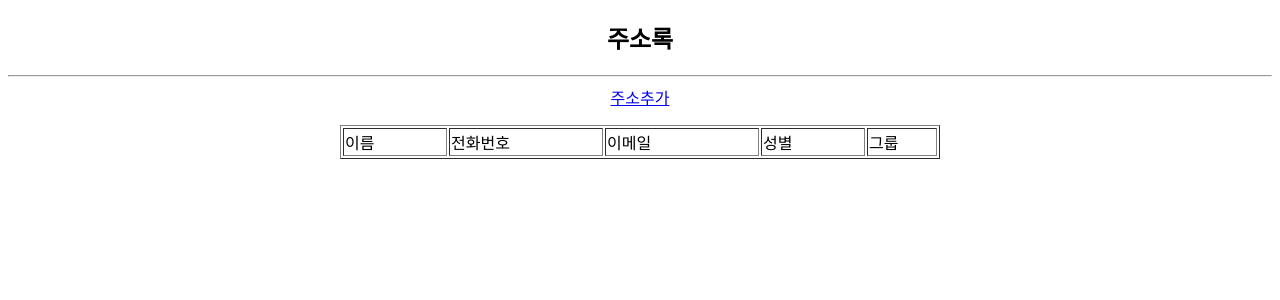
Repository: LeeHyeSu/JSP
Page: http://localhost/PracticeA-02/jsp/addr_list.jsp
These files come from the project's save history. The page is drawn as it stood at one moment and after the next save; the edit follows.
The browser window is 1280 px wide. The pictures show the whole page.
The page is served by Tomcat 9. Other server files are loaded and not shown.

Above is the page before, as saved 2017-11-26 07:46:47.

### PracticeA-02/WebContent/jsp/addr_list.jsp
<%@ page language="java" contentType="text/html; charset=UTF-8"
    pageEncoding="UTF-8" import="jspbook.ch07.*" %>
<jsp:useBean id="am" class="jspbook.ch07.AddrManager" scope="application" />

<!DOCTYPE html PUBLIC "-//W3C//DTD HTML 4.01 Transitional//EN" "http://www.w3.org/TR/html4/loose.dtd">
<html>
<head>
<meta http-equiv="Content-Type" content="text/html; charset=UTF-8">
<title>ch07 : 주소록 전체 목록보기</title>
</head>
<body>
<div align="center">
<h2>주소록</h2>
<hr>
<a href="addr_form.jsp">주소추가</a><p>
<table border="1" width="600">
<tr>
<td width="100">이름</td>
<td width="150">전화번호</td>
<td width="150">이메일</td>
<td width="100">성별</td>
<td>그룹</td>
</tr>
<%
	for(AddrBean ab : am.getAddrList()) {
%>
	<tr align="center">
	<td><%=ab.getUsername() %></td>
	<td><%=ab.getTel() %></td>
	<td><%=ab.getEmail() %></td>
	<td><%=ab.getSex() %></td>
	<td><%=ab.getGroup() %></td>
	</tr>
<%
	}
%>
</table>
</div>
</body>
</html>

### PracticeA-02/src/jspbook/ch07/AddrManager.java
package jspbook.ch07;

import java.util.ArrayList;
import java.util.List;

public class AddrManager {
	List<AddrBean> addrList = new ArrayList<AddrBean>();

	public void add(AddrBean ab) {
		addrList.add(ab);
	}

	public List<AddrBean> getAddrList() {
		return addrList;
	}

	public AddrBean getAddr(String username) {
		for(AddrBean ab : addrList) {
			if(ab.getUsername().equals(username))
				return ab;
		}
		return null;
	}
}

After the next save:
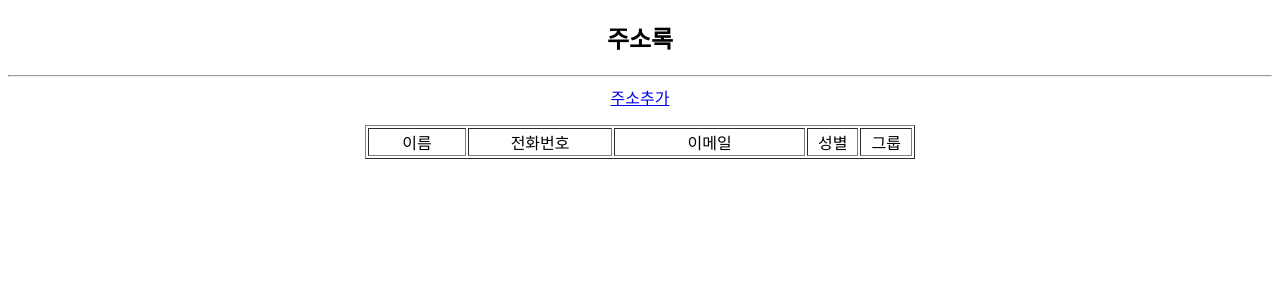
Saved 10 min 5 s later.
--- a/PracticeA-02/WebContent/jsp/addr_list.jsp
+++ b/PracticeA-02/WebContent/jsp/addr_list.jsp
@@ -13,13 +13,13 @@
 <h2>주소록</h2>
 <hr>
 <a href="addr_form.jsp">주소추가</a><p>
-<table border="1" width="600">
-<tr>
+<table border="1" width="550">
+<tr align="center">
 <td width="100">이름</td>
 <td width="150">전화번호</td>
-<td width="150">이메일</td>
-<td width="100">성별</td>
-<td>그룹</td>
+<td width="200">이메일</td>
+<td width="50">성별</td>
+<td width="50">그룹</td>
 </tr>
 <%
 	for(AddrBean ab : am.getAddrList()) {
